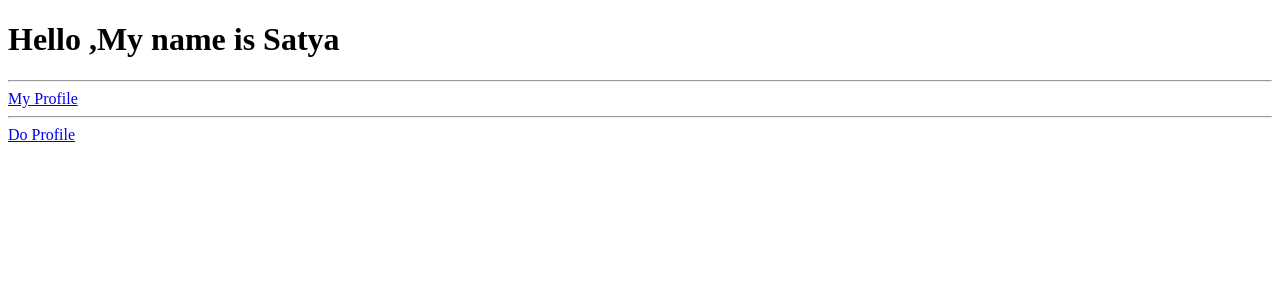
Repository: theplaygod97/Deloitte
Page: Day 16/SpringMVCDemo1/WebContent/index.html
The author's editor kept a copy of each file at every save. The page is drawn from the files as they stood at one save, then again after the next save.
The browser window is 1280 px wide. The pictures show the whole page.

Above is the page before, as saved 2020-01-13 09:17:58.

After the next save:
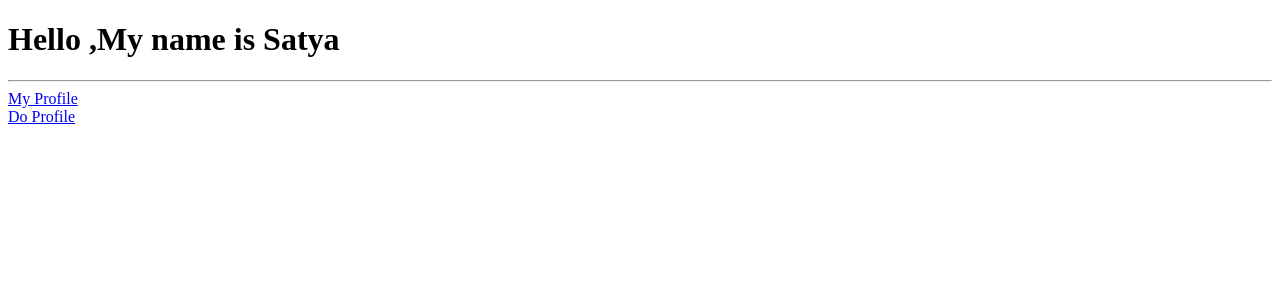
Saved 68 s later.
--- a/Day 16/SpringMVCDemo1/WebContent/index.html
+++ b/Day 16/SpringMVCDemo1/WebContent/index.html
@@ -8,7 +8,7 @@
 <h1>Hello ,My name is Satya</h1>
 <hr>
 <a href="profile.html">My Profile</a>
-<hr>
+<br/>
 <a href="profile.do">Do Profile</a>
 </body>
 </html>
